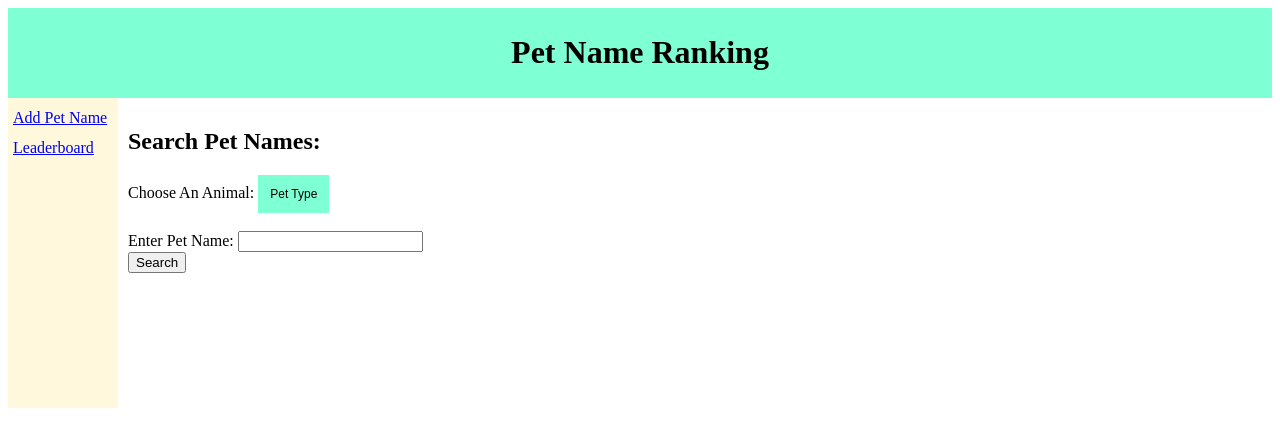
Repository: mutterbucket/TriplettTermProject4830
Page: workspaceCSCI4830-tech-excercise-Triplett/techExcerciseTriplett/WebContent/home_search.html
These files come from the project's save history. The page is drawn as it stood at one moment and after the next save; the edit follows.
The browser window is 1280 px wide. The pictures show the whole page.

Above is the page before, as saved 2020-02-21 22:39:59.

### workspaceCSCI4830-tech-excercise-Triplett/techExcerciseTriplett/WebContent/home_search.html
<!DOCTYPE html>
<html>
<head>
<meta charset="ISO-8859-1">
<style type="text/css">
header {
    background-color:aquamarine;
    color: black;
    text-align: center;
    padding: 5px;
}
nav {
    line-height:30px;
    background-color:cornsilk;
    height:300px;
    width:100px;
    float:left;
    padding:5px;
}
section {
    width:350px;
    float:left;
    padding:10px;
}
.dropbtn {
  background-color:aquamarine;
  color: black;
  padding: 12px;
  font-size: 12px;
  border: none;
}
.dropdown {
  position: relative;
  display: inline-block;
}
.dropdown-content {
  display: none;
  position: absolute;
  background-color:#f1f1f1;
  min-width: 160px;
  box-shadow: 0px 8px 16px 0px rgba(0,0,0,0.2);
  z-index: 1;
}
.dropdown-content a {
  color: black;
  padding: 12px 16px;
  text-decoration: none;
  display: block;
}
.dropdown:hover .dropdown-content {
  display: block;
}
.dropdown-content a:hover {
  background-color: #ddd;
}
footer {
    background-color:19FFBD;
    color:black;
    clear:both;
    text-align:center;
    padding:5px;
}
</style>
</head>
<body>
<header>
<h1>Pet Name Ranking</h1>
</header>

<nav>
<a href="/techExcerciseTriplett/add_name.html">Add Pet Name</a> <br>
<a href="/techExcerciseTriplett/leaderboard.html">Leaderboard</a> <br>
</nav>

<section>
	<h1>Search Pet Names:</h1>

	<form action="SearchNames" method="POST">
		Choose An Animal: <div class="dropdown">
        	<button class="dropbtn">Pet Type</button>
       		<div class="dropdown-content">
        	 	<a href="#">Cat</a>
         		<a href="#">Dog</a>
         		<a href="#">Bird</a>
       		</div>
    	</div>
    	<br><br>
		Enter Pet Name: <input type="text" name="keyword"> <br />

		<input type="submit" value="Search" />
	</form>

</section>
</body>
</html>

After the next save:
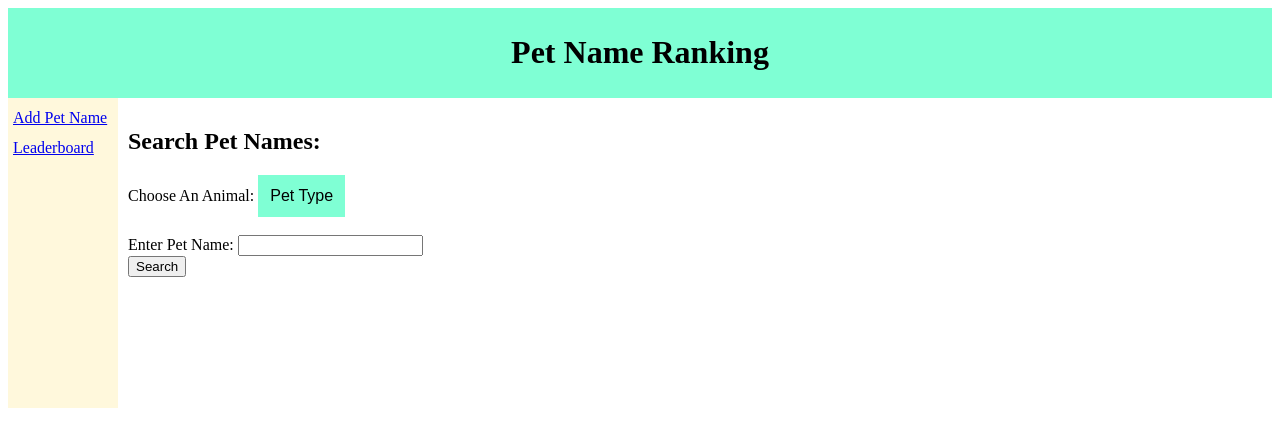
Saved 20 s later.
--- a/workspaceCSCI4830-tech-excercise-Triplett/techExcerciseTriplett/WebContent/home_search.html
+++ b/workspaceCSCI4830-tech-excercise-Triplett/techExcerciseTriplett/WebContent/home_search.html
@@ -26,7 +26,7 @@ section {
   background-color:aquamarine;
   color: black;
   padding: 12px;
-  font-size: 12px;
+  font-size: 16px;
   border: none;
 }
 .dropdown {
